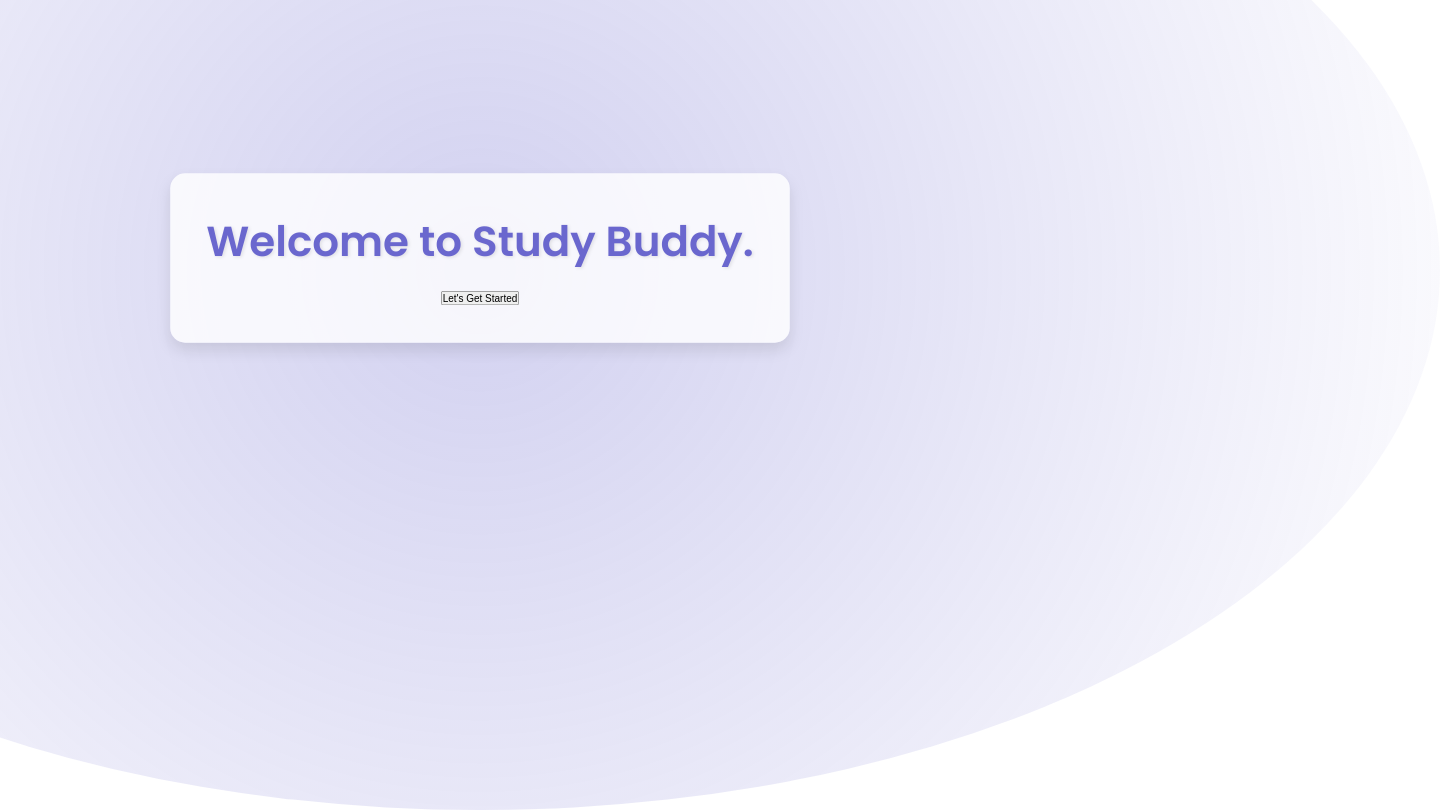
Repository: harneet862/hacked_beta
Page: templates/index.html
An editor plug-in stored every save of this project. The page is shown before and after the next save, followed by the edit.
The browser window is 1280 px wide. The page is 1920 px wide, so the pictures cover 1920 px, including what lies to the right of the window. The pictures show the whole page, at 75% of full size.
The page is served by the project's application, run on Flask 3 (app.py). Other server files are loaded and not shown. The template is opened directly, without the code that normally fills it, so the values that code supplies are empty.

Above is the page before, as saved 2024-11-09 22:56:15.

### templates/index.html
<!DOCTYPE html>
<html lang="en">
<head>
    <meta charset="UTF-8">
    <meta name="viewport" content="width=device-width, initial-scale=1.0">
    <meta http-equiv="X-UA-Compatible" content="IE=edge">
    <link href="https://fonts.googleapis.com/css2?family=Poppins:wght@600&display=swap" rel="stylesheet">
    <link href="{{url_for('static', filename='styles/style.css')}}" rel="stylesheet">
    <title>Study Buddy App</title>
</head>
<body>
    <!-- Welcome Section -->
    <header class="welcome">
        <!-- Animated Welcome Message -->
        <h1 class="welcome-message">
            <span class="letter">W</span>
            <span class="letter">e</span>
            <span class="letter">l</span>
            <span class="letter">c</span>
            <span class="letter">o</span>
            <span class="letter">m</span>
            <span class="letter">e</span>
            <span>&nbsp;</span>
            <span class="letter">t</span>
            <span class="letter">o</span>
            <span>&nbsp;</span>
            <span class="letter">S</span>
            <span class="letter">t</span>
            <span class="letter">u</span>
            <span class="letter">d</span>
            <span class="letter">y</span>
            <span>&nbsp;</span>
            <span class="letter">B</span>
            <span class="letter">u</span>
            <span class="letter">d</span>
            <span class="letter">d</span>
            <span class="letter">y</span>
            <span class="letter">.</span>
        </h1>
        <!-- Button -->

        <form action="{{ url_for('course') }}" method="GET">
            <button type="submit">Let's Get Started</button>
    </header>
</body>
</html>

### app.py
from flask import Flask , render_template, request, redirect, url_for
from flask_sqlalchemy import SQLAlchemy

from user_class import User




def get_courses(): #retrieves course list
    with open('course_list.txt', 'r') as file:
        courses = file.readlines()
    return courses

user = User() #instance of user class


app = Flask(__name__)

@app.route('/') #home route

def index():
    return render_template('index.html')
 #flask knows to look for this


# Course page (new route)
@app.route("/course", methods=["POST", "GET"])
def course():
    dropdown_options = get_courses()
    if request.method == "POST":
        selected_course = request.form.get("dropdown")

        user.courseUpdate(selected_course)

        return redirect(url_for("roles", course=selected_course))
    return render_template("course.html", options=dropdown_options)

# Roles page
@app.route("/roles", methods=["POST", "GET"])
def roles():
    selected_course = request.args.get("course")
    dropdown_options = ["Role 1", "Role 2", "Role 3", "Role 4"]
    if request.method == "POST":
        selected_role = request.form.get("dropdown")

        user.roleUpdate(selected_role)

        return redirect(url_for("status", course=selected_course, role=selected_role))
    return render_template("roles.html", options=dropdown_options, selected_course=selected_course)

# Status page
@app.route("/status", methods=["POST", "GET"])
def status():
    selected_course = request.args.get("course")
    selected_role = request.args.get("role")
    dropdown_options = ["Status 1", "Status 2", "Status 3", "Status 4"]
    if request.method == "POST":
        selected_status = request.form.get("dropdown")

        user.statusUpdate(selected_status)

        return redirect(url_for("location", course=selected_course, role=selected_role, status=selected_status))
    return render_template("status.html", options=dropdown_options, selected_course=selected_course, selected_role=selected_role)

# Location page
@app.route("/location", methods=["POST", "GET"])
def location():
    selected_course = request.args.get("course")
    selected_role = request.args.get("role")
    selected_status = request.args.get("status")
    dropdown_options = ["Location 1", "Location 2", "Location 3", "Location 4"]
    if request.method == "POST":
        selected_location = request.form.get("dropdown")

        user.locationUpdate(selected_location)

        return redirect(url_for("display", course=selected_course, role=selected_role, status=selected_status, location=selected_location))
    return render_template("location.html", options=dropdown_options, selected_course=selected_course, selected_role=selected_role, selected_status=selected_status)

# Display page
@app.route("/display", methods=["GET"])
def display():
    selected_course = user.returnCourse()
    selected_role = user.returnRole()
    selected_status = user.returnStatus()
    selected_location = user.returnLocation()
    return render_template("display.html", course=selected_course, role=selected_role, status=selected_status, location=selected_location)

if __name__ == "__main__":
    app.run(debug=True)

Loaded but not shown: static/styles/style.css (common file)

After the next save:
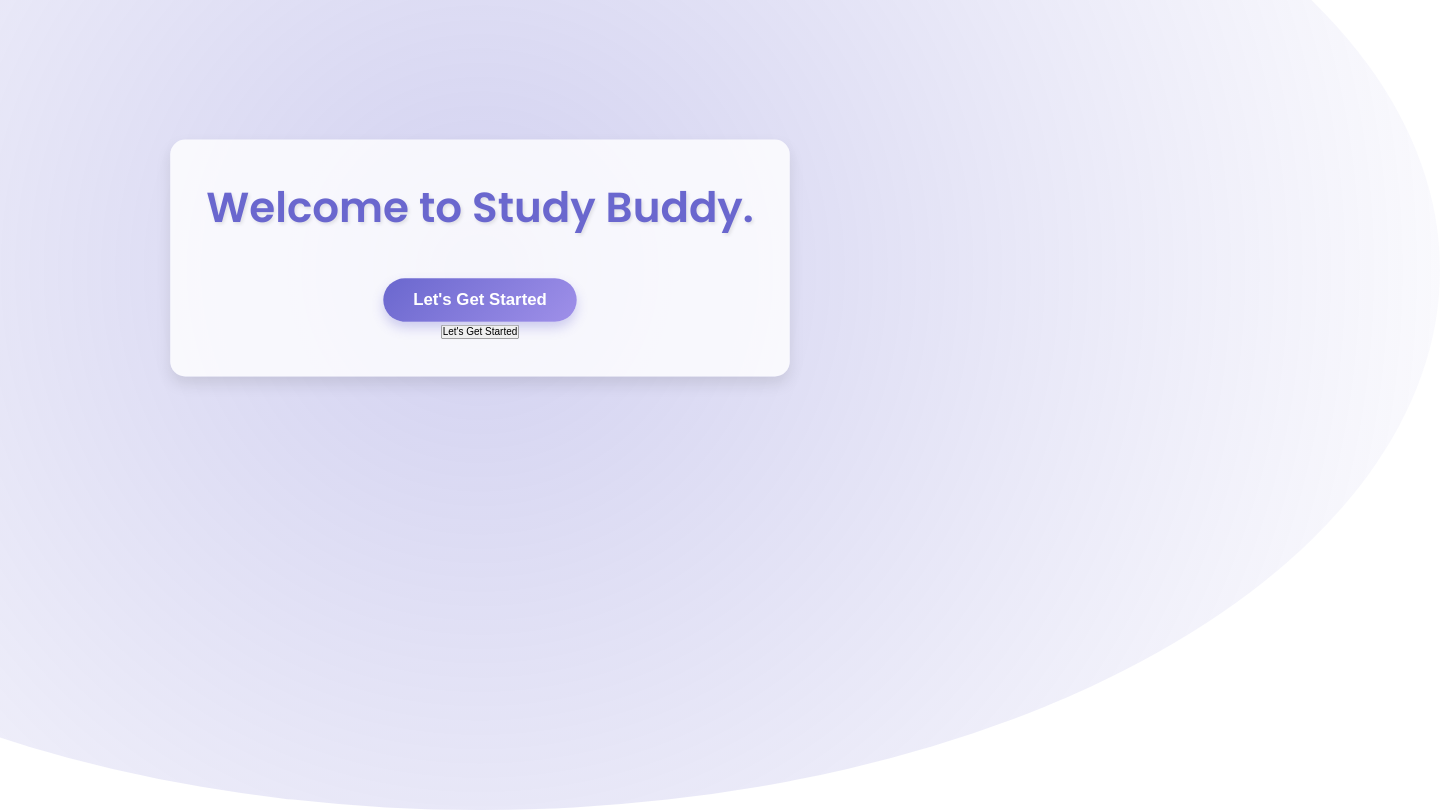
Saved 2 min 22 s later.
--- a/templates/index.html
+++ b/templates/index.html
@@ -38,6 +38,7 @@
             <span class="letter">.</span>
         </h1>
         <!-- Button -->
+        <button class="start-button">Let's Get Started</button>
 
         <form action="{{ url_for('course') }}" method="GET">
             <button type="submit">Let's Get Started</button>
